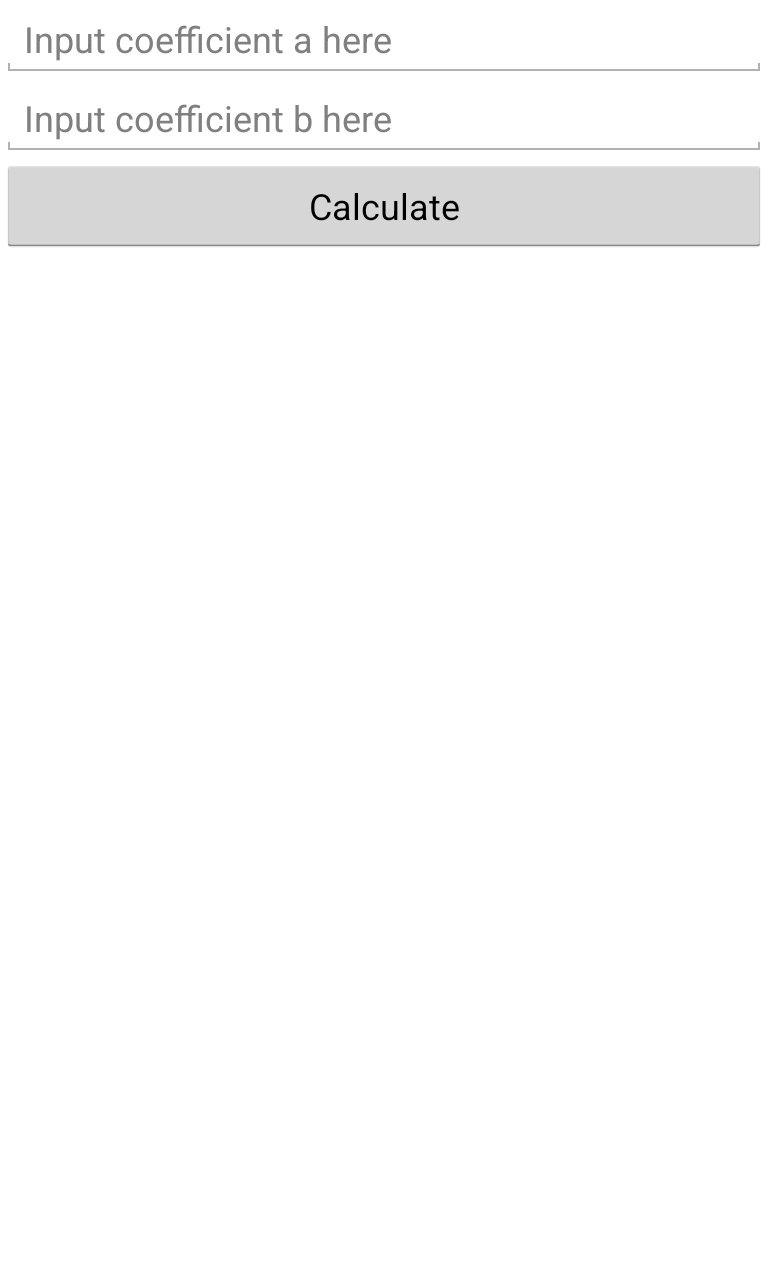
Repository: LightWay152/Lesson2_If_Switch_2
Layout: SuperlativeEquation/res/layout/activity_main.xml
An editor plug-in stored every save of this project. The layout is shown before and after the next save, followed by the edit.
It is drawn on a 768 x 1280 px phone screen (xhdpi) without system bars, with theme AppTheme; the app's code is not run.

Above is the layout before, as saved 2017-01-02 02:08:39.

### SuperlativeEquation/res/layout/activity_main.xml
<LinearLayout xmlns:android="http://schemas.android.com/apk/res/android"
    xmlns:tools="http://schemas.android.com/tools"
    android:layout_width="match_parent"
    android:layout_height="match_parent"
    android:orientation="vertical"
    tools:context="${relativePackage}.${activityClass}" >

    <EditText
        android:id="@+id/edtInputA"
        android:layout_width="match_parent"
        android:layout_height="wrap_content"
        android:hint="@string/input_coefficient_a"/>
    <EditText
        android:id="@+id/edtInputB"
        android:layout_width="match_parent"
        android:layout_height="wrap_content"
        android:hint="@string/input_coefficient_b"/>
    <Button
        android:id="@+id/btnCalculate"
        android:layout_width="match_parent"
        android:layout_height="wrap_content"
        android:text="@string/calculate"/>
    <TextView
        android:id="@+id/txtResult"
        android:layout_width="match_parent"
        android:layout_height="wrap_content"
        android:text=""/>

</LinearLayout>

### SuperlativeEquation/res/values/strings.xml
<?xml version="1.0" encoding="utf-8"?>
<resources>

    <string name="app_name">Superlative Equation</string>
    <string name="hello_world">Hello world!</string>
    <string name="input_coefficient_a">Input coefficient a here</string>
    <string name="input_coefficient_b">Input coefficient b here</string>
    <string name="calculate">Calculate</string>

</resources>

Loaded but not shown: SuperlativeEquation/res/values/styles.xml (common file); SuperlativeEquation/res/values-v11/styles.xml (common file); SuperlativeEquation/res/values-v14/styles.xml (common file)

After the next save:
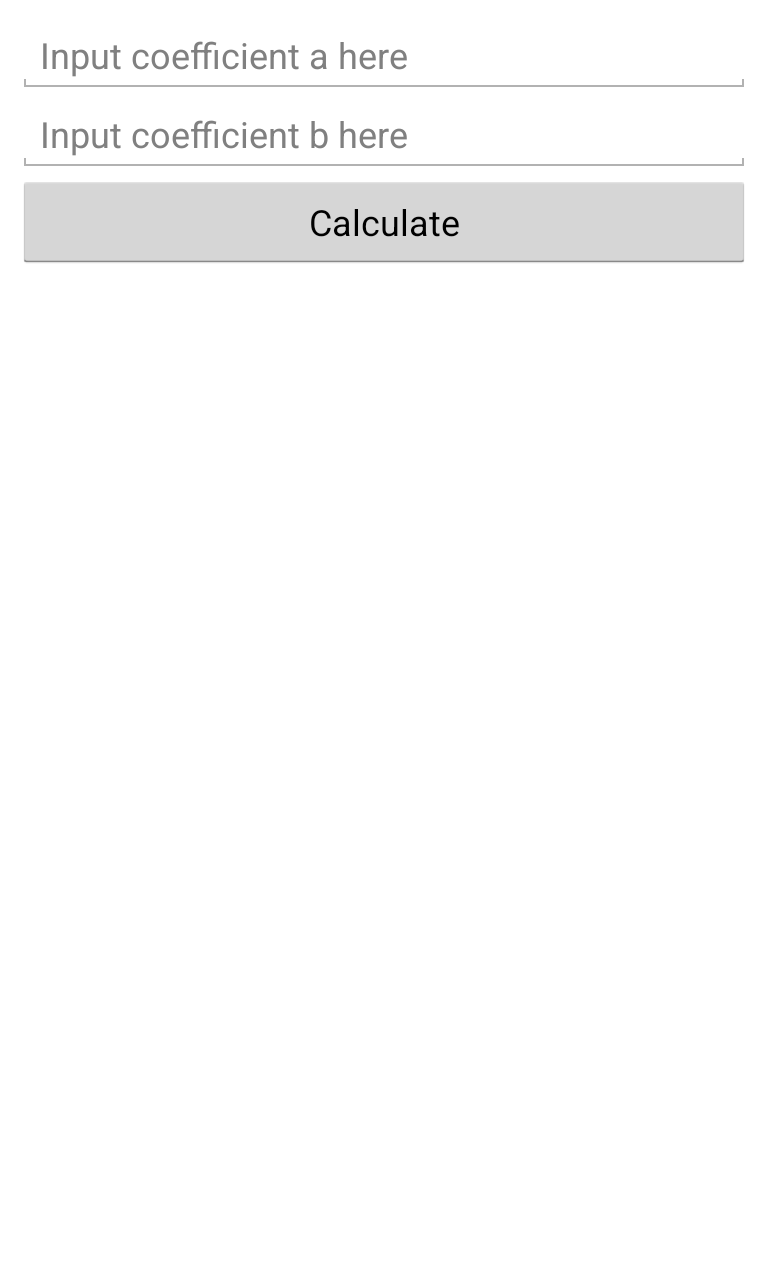
Saved 9 s later.
--- a/SuperlativeEquation/res/layout/activity_main.xml
+++ b/SuperlativeEquation/res/layout/activity_main.xml
@@ -3,6 +3,7 @@
     android:layout_width="match_parent"
     android:layout_height="match_parent"
     android:orientation="vertical"
+    android:padding="8dp"
     tools:context="${relativePackage}.${activityClass}" >
 
     <EditText
